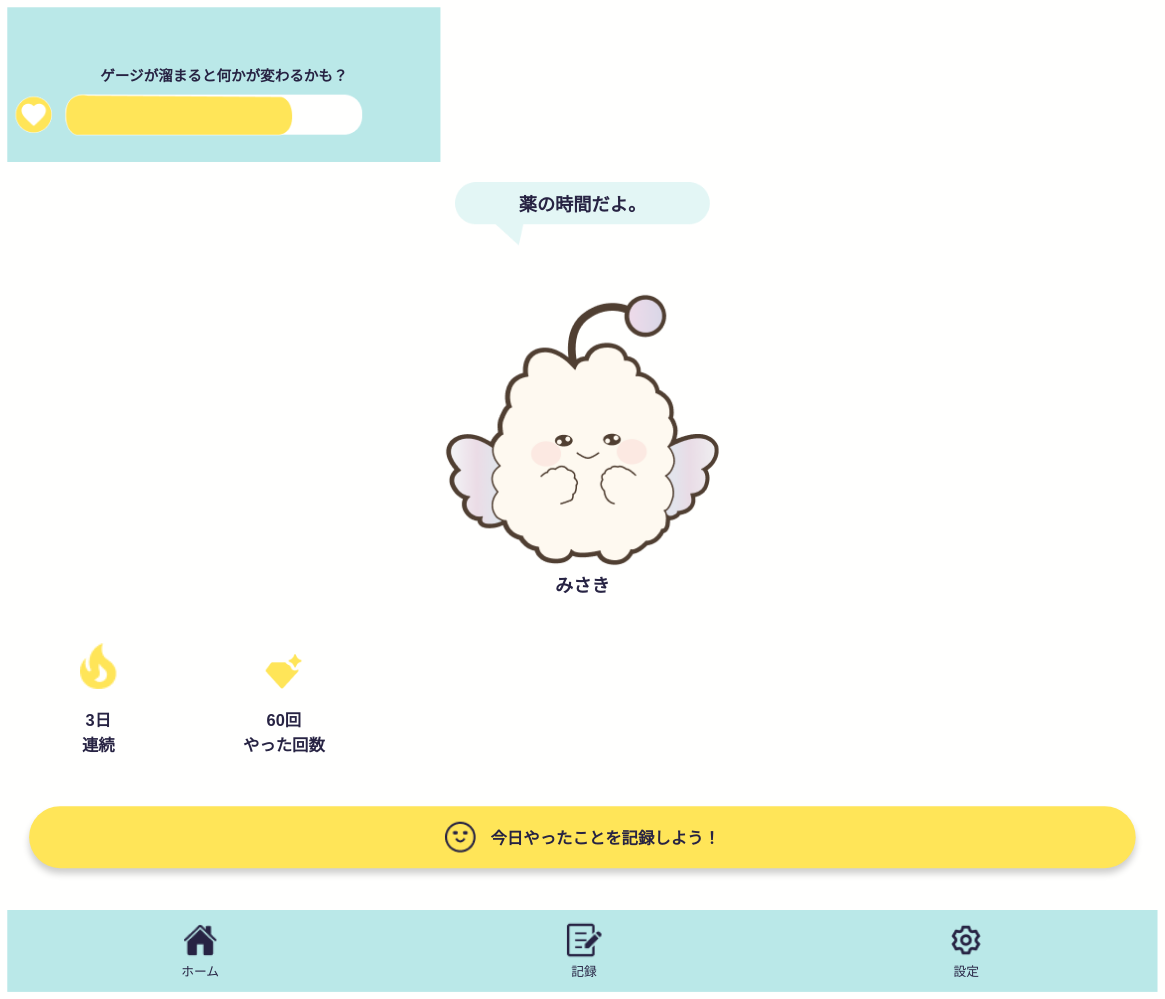
Repository: misaki0919/Self-care
Page: home_page.html
The author's editor kept a copy of each file at every save. The page is drawn from the files as they stood at one save, then again after the next save.
The browser window is 1280 px wide. The pictures show the whole page, at 91% of full size.
Some web fonts or font styles are not loaded; a fallback is used.

Above is the page before, as saved 2026-07-20 22:12:12.

### home_page.html
<!DOCTYPE html>
<html lang="jp">
<head>
    <meta charset="UTF-8">
    <meta name="viewport" content="width=device-width, initial-scale=1.0">
    <title>ホーム画面</title>
    <link href="css/home_page.css" rel="stylesheet">
    <link rel="preconnect" href="https://fonts.googleapis.com">
    <link rel="preconnect" href="https://fonts.gstatic.com" crossorigin>
    <link href="https://fonts.googleapis.com/css2?family=Archivo+Black&family=Noto+Serif+JP:wght@200..900&family=Zen+Maru+Gothic&display=swap" rel="stylesheet">

</head>
<body>
    <div class="header-wrap">
        <p class="ge-ji zen-maru-gothic-regular">ゲージが溜まると何かが変わるかも？</p>
        <section class="images-wrap-1">
            <img class="white" src="images/Ellipse 17.png" alt="黄色の丸">
            <img class="heart" src="images/heart.png" alt="ハート">
        </section>
        <section class="images-wrap-2">
            <img class="white-1" src="images/Rectangle 5.png" alt="白">
            <img class="yellow" src="images/Vector 1.png" alt="黄色">
        </section>
    </div>

    <div class="word-wrap">
        <img src="images/speech_bubble.png" alt="セリフ">
        <p class="time zen-maru-gothic-regular" >薬の時間だよ。</p>
    </div>

    <img src="images/big_sowan.png" alt="ソワンちゃん">
    <p class="name zen-maru-gothic-regular">みさき</p>

    <div class="continue-wrap">
        <img src="images/Vector.png" alt="炎">
        <p class="continue zen-maru-gothic-regular">3日<br>連続</p>
    </div>

    <div class="did-wrap">
        <img src="images/kira.png" alt="ダイヤモンド">
        <p class="did zen-maru-gothic-regular">60回<br>やった回数</p>
    </div>

    <div class="record-wrap">
        <a href="record.html">
            <img src="images/smile.png" alt="笑顔">
            <p class="today-record zen-maru-gothic-regular">今日やったことを記録しよう！</p>
        </a>
    </div>

    <div class="footer-wrap">
        <div class="home">
            <img src="images/home.png" alt="ホーム">
            <p>ホーム</p>
        </div>
        <div class="record">
            <img src="images/record.png" alt="記録">
            <p>記録</p>
        </div>
        <div class="setting">
            <img src="images/setting.png" alt="設定">
            <p>設定</p>
        </div>
    </div>
</body>
</html>

### css/home_page.css
body{
    background-color: #FFFFFE;
    color: #272343;
    /* padding-left: 24px;
    padding-right: 24px; */
}
.zen-maru-gothic-regular {
    font-family: "Zen Maru Gothic", sans-serif;
    font-weight: 600;
    font-style: normal;
}
/* .header-wrap{
    background-color: #BAE8E8;
    width: 428px;
    height: 170px;
    .ge-ji{
        text-align: center;
        padding: 69px;
        font-size: 14px;
    }
    .images-wrap-1{
        background-color: tomato;

    }
} */


.header-wrap{
    background:#BAE8E8;
    padding:30px 24px;
    width: 428px;
}

.ge-ji{
    font-size:16px;
    padding-top: 16px;
    margin-bottom:12px;
    text-align: center;
}

.images-wrap-1{
    display:flex;
    align-items:center;
    margin-bottom:-42px;
    position:relative;
    z-index:2;
    margin-left: -15px;

    .white{
        width: 40px;
        height:40px;
        /* background-color: tomato; */
    }
    .heart{
        width: 32px;
        position:absolute;
        left:4px;

    /* background-color: tomato; */
    }
}

.images-wrap-2{
    position:relative;
    .white-1{
        width: 326px;
        display:block;
        margin-left: 40px;
    }
    .yellow{
        position:absolute;
        left:0;
        top:0;
        width: 250px;
        margin-left: 40px;

    }
}



.word-wrap{
    position:relative;
    width:280px;
    margin:22px auto 46px;
}

.word-wrap img{
    width:100%;
    display:block;
}

.time{
    position:absolute;
    bottom:40px;
    left:50%;
    transform:translateX(-50%);
    margin:0;
    font-size:20px;
    font-weight:bold;
}

body>img{
    width:300px;
    display:block;
    margin:0 auto;
    /* background-color: tomato; */
}

.name{
    font-size:20px;
    margin-top:7px;
    margin-bottom:35px;
    text-align: center;
}


.continue-wrap,
.did-wrap{
    width:120px;
    display:inline-flex;
    flex-direction:column;
    align-items:center;
    text-align: center;
    margin-top: 15px;
}

.continue-wrap{
    margin-left:40px;

}

.did-wrap{
    margin-left:80px;
}

.continue-wrap img,
.did-wrap img{
    width:40px;
    margin-bottom:4px;
}

.continue,
.did{
    font-size:18px;
    line-height:1.5;
}

/* ===== ボタン ===== */

.record-wrap{
    margin:35px 24px 46px;
}

.record-wrap a{
    background:#FFE558;
    border-radius:50px;
    height:68px;
    display:flex;
    align-items:center;
    justify-content:center;
    text-decoration:none;
    color:#272343;
    box-shadow:0 6px 8px rgba(0,0,0,.2);
}

.record-wrap img{
    width:34px;
    margin-right:16px;
}

.today-record{
    font-size:18px;
    font-weight:bold;
}

/* ===== フッター ===== */

.footer-wrap{
    background:#BAE8E8;
    height:90px;
    display:flex;
    justify-content:space-around;
    align-items:center;
}

.footer-wrap div{
    display:flex;
    flex-direction:column;
    align-items:center;
    color:#272343;
}

.footer-wrap img{
    width:38px;
    margin-bottom:4px;
}

.footer-wrap p{
    margin:0;
    font-size:14px;
}

After the next save:
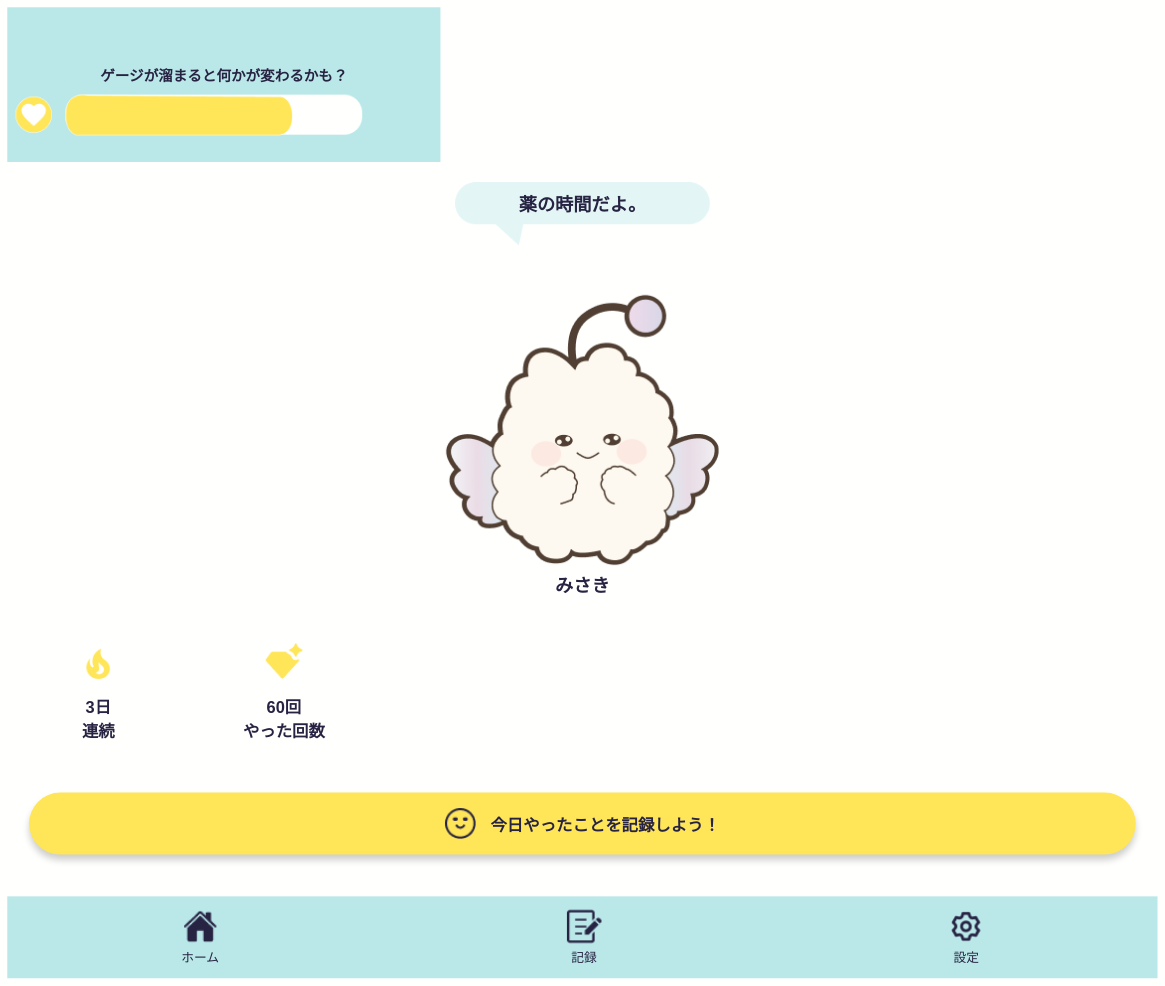
Saved 31 s later.
--- a/css/home_page.css
+++ b/css/home_page.css
@@ -134,8 +134,7 @@ body>img{
     margin-left:80px;
 }
 
-.continue-wrap img,
-.did-wrap img{
+.continue-wrap img,{
     width:40px;
     margin-bottom:4px;
 }
